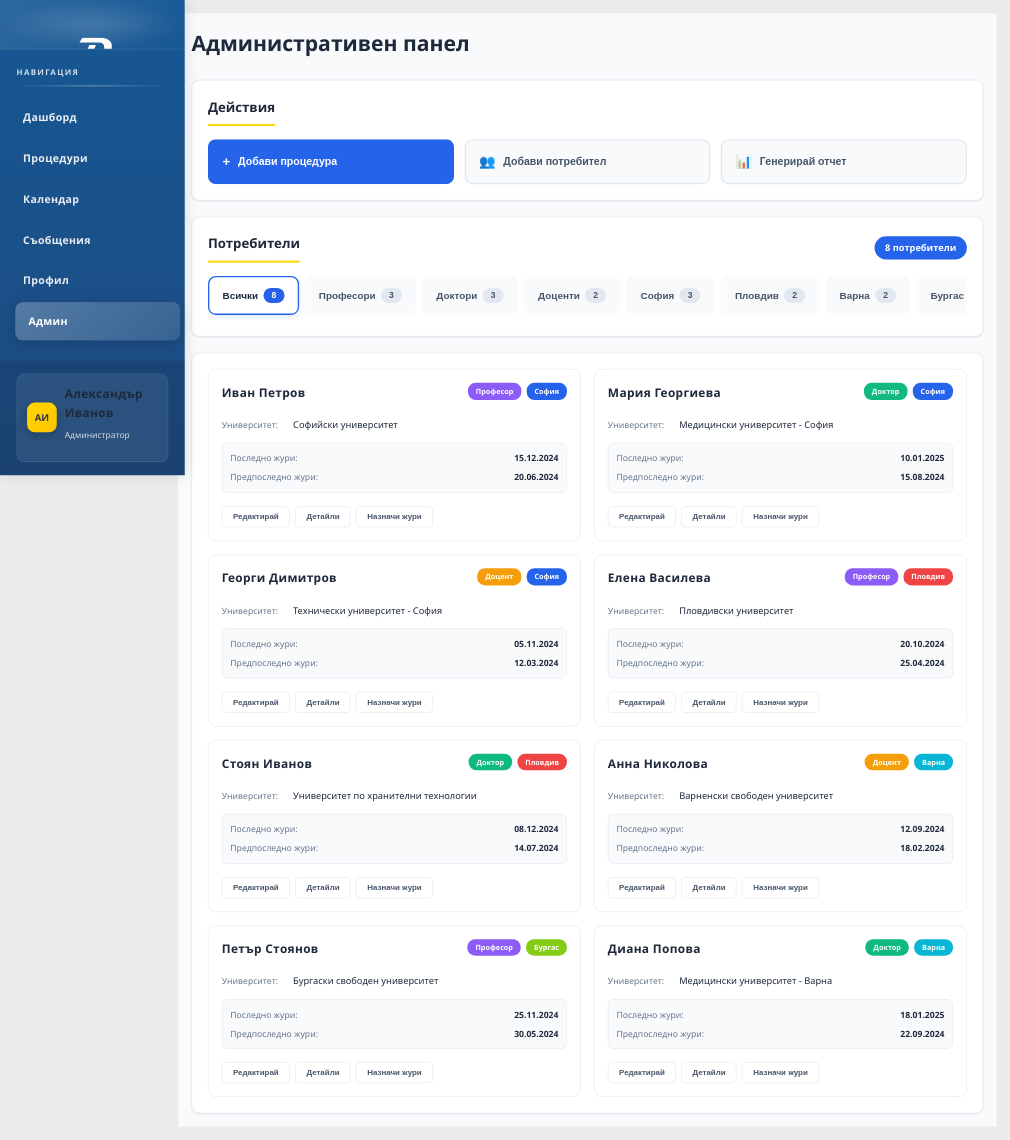
Repository: BorisSavianov/doxa-frontend
Page: /admin
The author's editor kept a copy of each file at every save. The page is drawn from the files as they stood at one save, then again after the next save.
The browser window is 1280 px wide. The page is 1530 px wide, so the pictures cover 1530 px, including what lies to the right of the window. The pictures show the whole page, at 66% of full size.
The project was rebuilt for these pictures with package versions that can differ from the ones it lists, and the page was loaded fresh each time. Also part of the build but not shown: vite.config.js, src/components/Layout/Header.jsx, src/styles/dashboard.css, src/pages/Dashboard.jsx, src/pages/Profile.jsx, src/pages/Inbox.jsx, src/pages/Calendar.css, src/pages/Calendar.jsx and 1 more.

Above is the page before, as saved 2025-10-24 15:10:24.

After the next save:
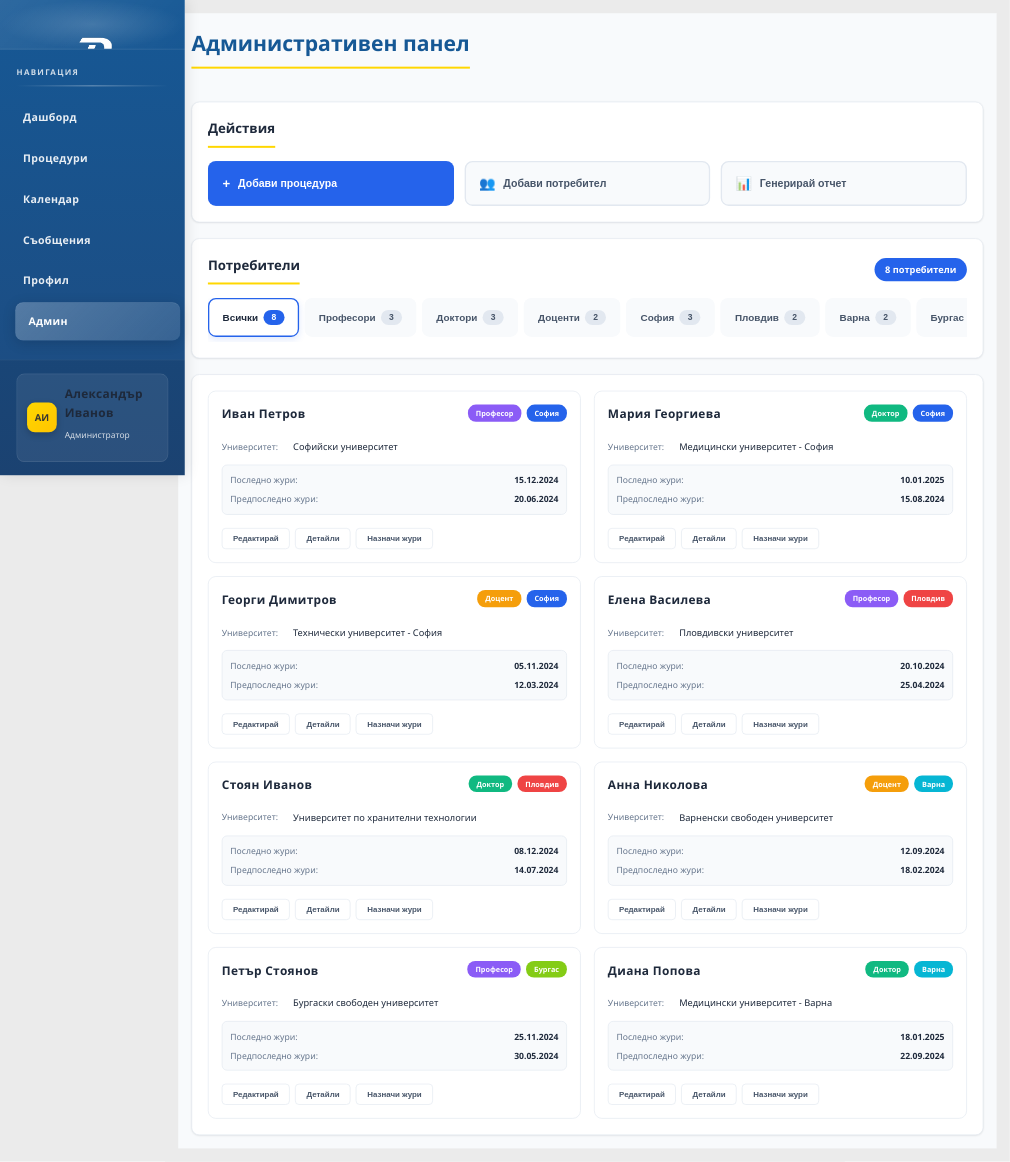
Saved 38 s later.
--- a/src/pages/Admin.jsx
+++ b/src/pages/Admin.jsx
@@ -127,7 +127,7 @@ const Admin = () => {
     <div className="admin-page">
       <div className="page-header">
 
-        <h1>Административен панел</h1>
+        <h2>Административен панел</h2>
       </div>
 
       <div className="admin-container">
